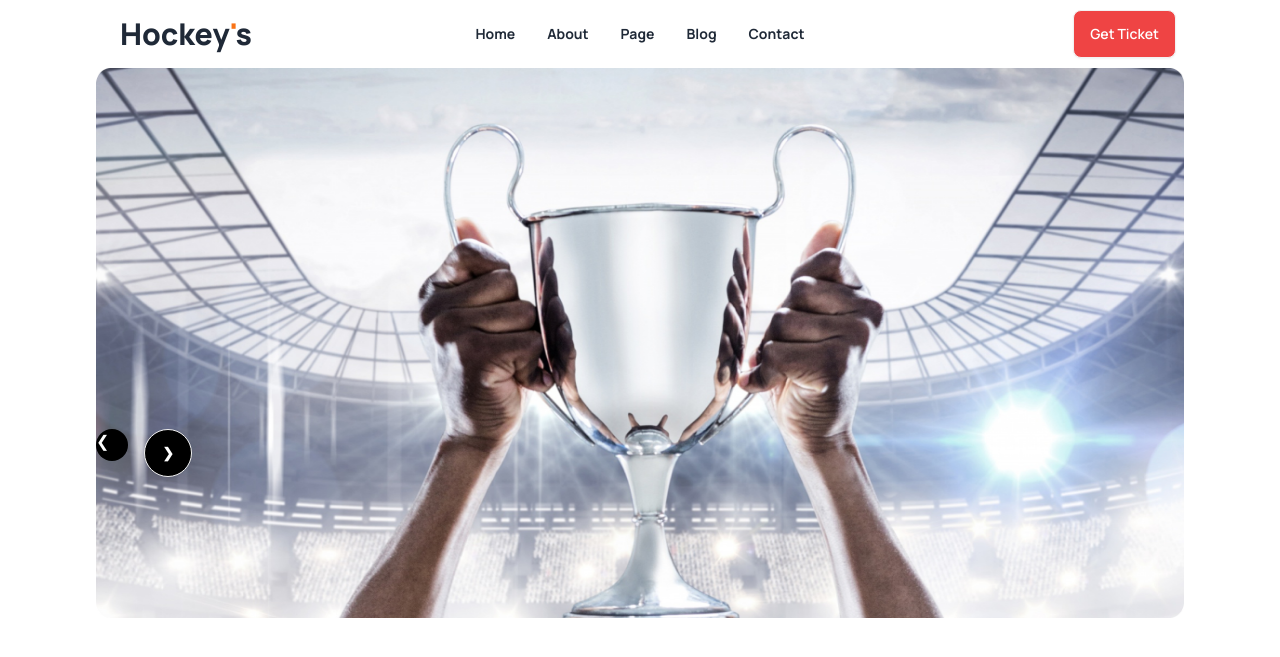
Repository: RudrasahaDibos/Hockey-
Page: index.html
An editor plug-in stored every save of this project. The page is shown before and after the next save, followed by the edit.
The browser window is 1280 px wide. The pictures show the whole page.
Some web libraries are served in a nearby version.

Above is the page before, as saved 2024-10-23 19:17:01.

After the next save:
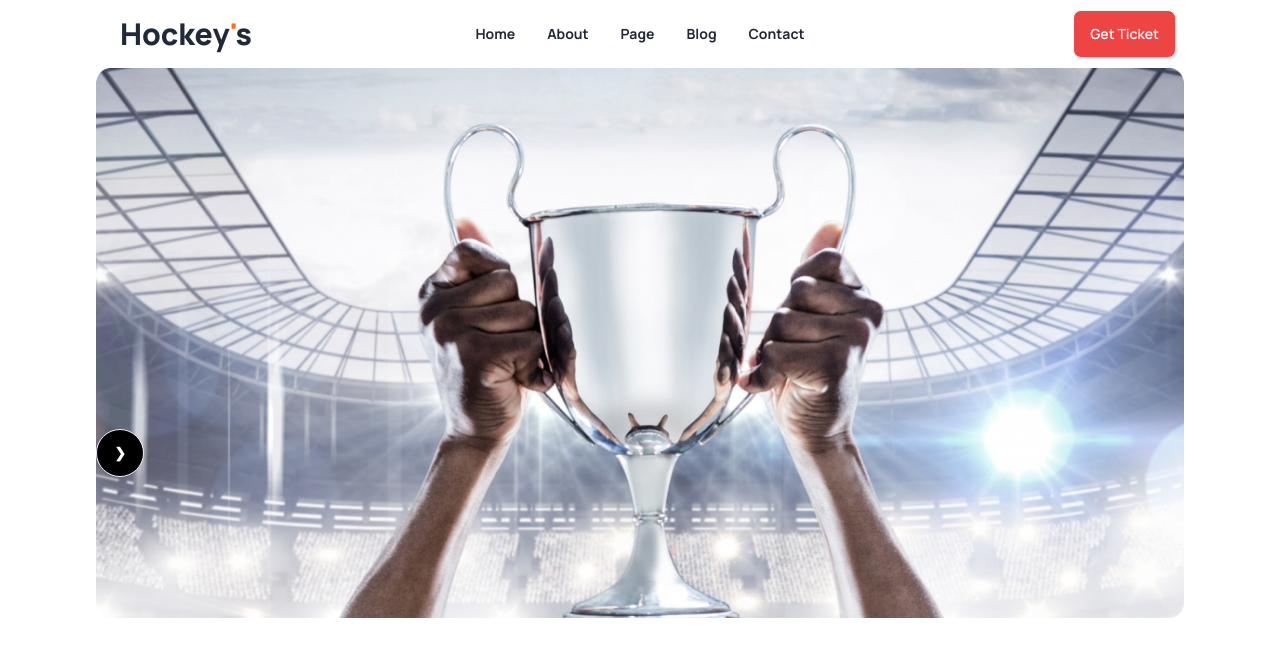
Saved 35 s later.
--- a/index.html
+++ b/index.html
@@ -96,7 +96,7 @@
                             src="Images/1.png"
                             class="w-full lg:h-[550px] " />
                           <div class="absolute lg:left-0 lg:right-0 lg:top-[60%] left-5 top-[60%] flex -translate-y-1/2 transform gap-4">
-                            <a href="#slide4" class="lg:btn lg:btn-circle h-8 w-8 rounded-full bg-black text-white">❮</a>
+
                             <a href="#slide2" class="btn btn-circle bg-black text-white">❯</a>
                           </div>
                         </div>
